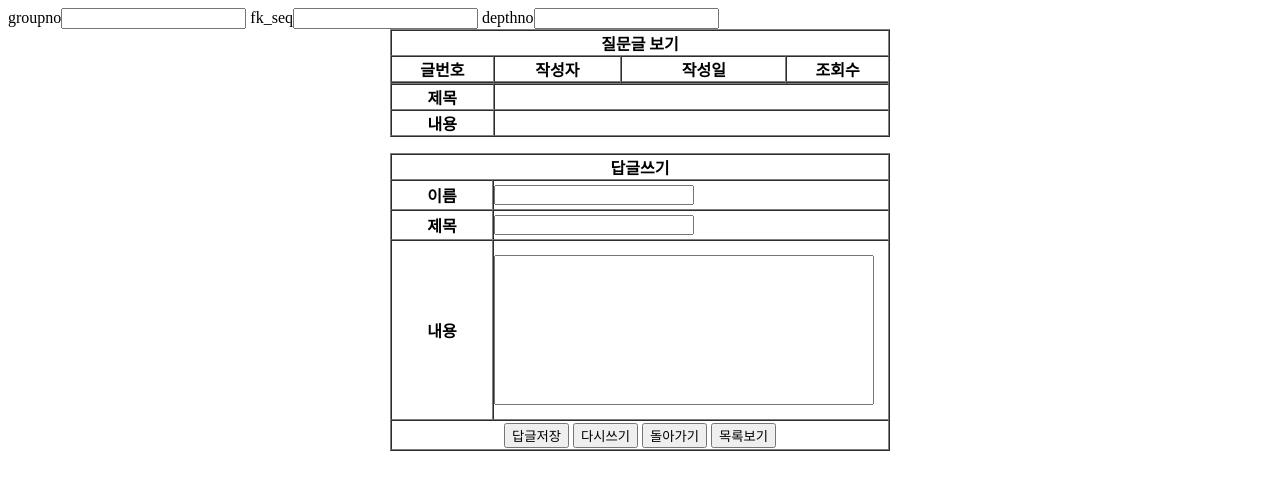
Repository: xx10222/STS_MVC2_Board
Page: http://localhost/project2/WEB-INF/views/board/replyView.jsp
These files come from the project's save history. The page is drawn as it stood at one moment and after the next save; the edit follows.
The browser window is 1280 px wide. The pictures show the whole page.
Some web libraries are served in a nearby version. The page is served by Tomcat 9. Nobody is signed in. The template is opened directly, without the code that normally fills it, so the values that code supplies are empty.

Above is the page before, as saved 2020-05-27 10:43:18.

After the next save:
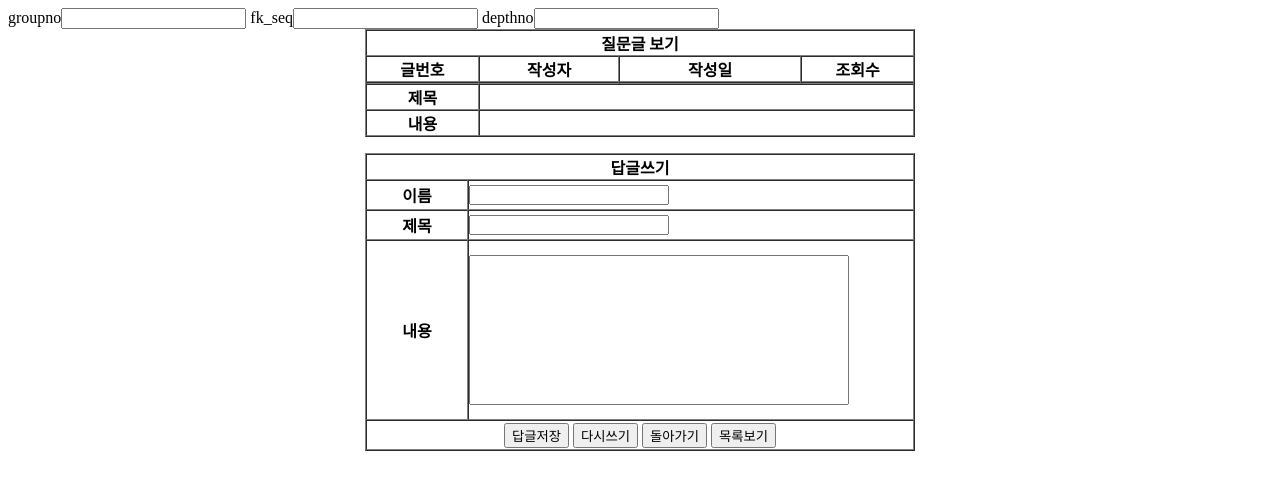
Saved 21 s later.
--- a/project2/src/main/webapp/WEB-INF/views/board/replyView.jsp
+++ b/project2/src/main/webapp/WEB-INF/views/board/replyView.jsp
@@ -64,7 +64,7 @@
                <label>fk_seq</label><input type="number" name="fk_seq" value="${reply.fk_seq}" readonly="readonly"/>
                <label>depthno</label><input type="number" name="depthno" value="${reply.depthno}" readonly="readonly"/>
 
-               <table align="center" width="500" cellpadding="0" cellspacing="0" border="1">
+               <table align="center" width="550" cellpadding="0" cellspacing="0" border="1">
                   <tr><th colspan = "4" align="center">질문글 보기</th></tr>
                   <tr>
                      <th align="center">글번호</th>
@@ -99,7 +99,7 @@
                <input type="hidden" name="groupno" value="${reply.groupno}" readonly="readonly"/>
                <input type="hidden" name="fk_seq" value="${reply.bno}" readonly="readonly"/>
                <input type="hidden" name="depthno" value="${reply.depthno+1}" readonly="readonly"/>
-               <table align="center" width="500" cellpadding="0" cellspacing="0" border="1">
+               <table align="center" width="550" cellpadding="0" cellspacing="0" border="1">
                   <tr><th colspan = "2" align="center">답글쓰기</th></tr>
                       <tr>
                         <th align="center" width="100" height="30">이름</th>
